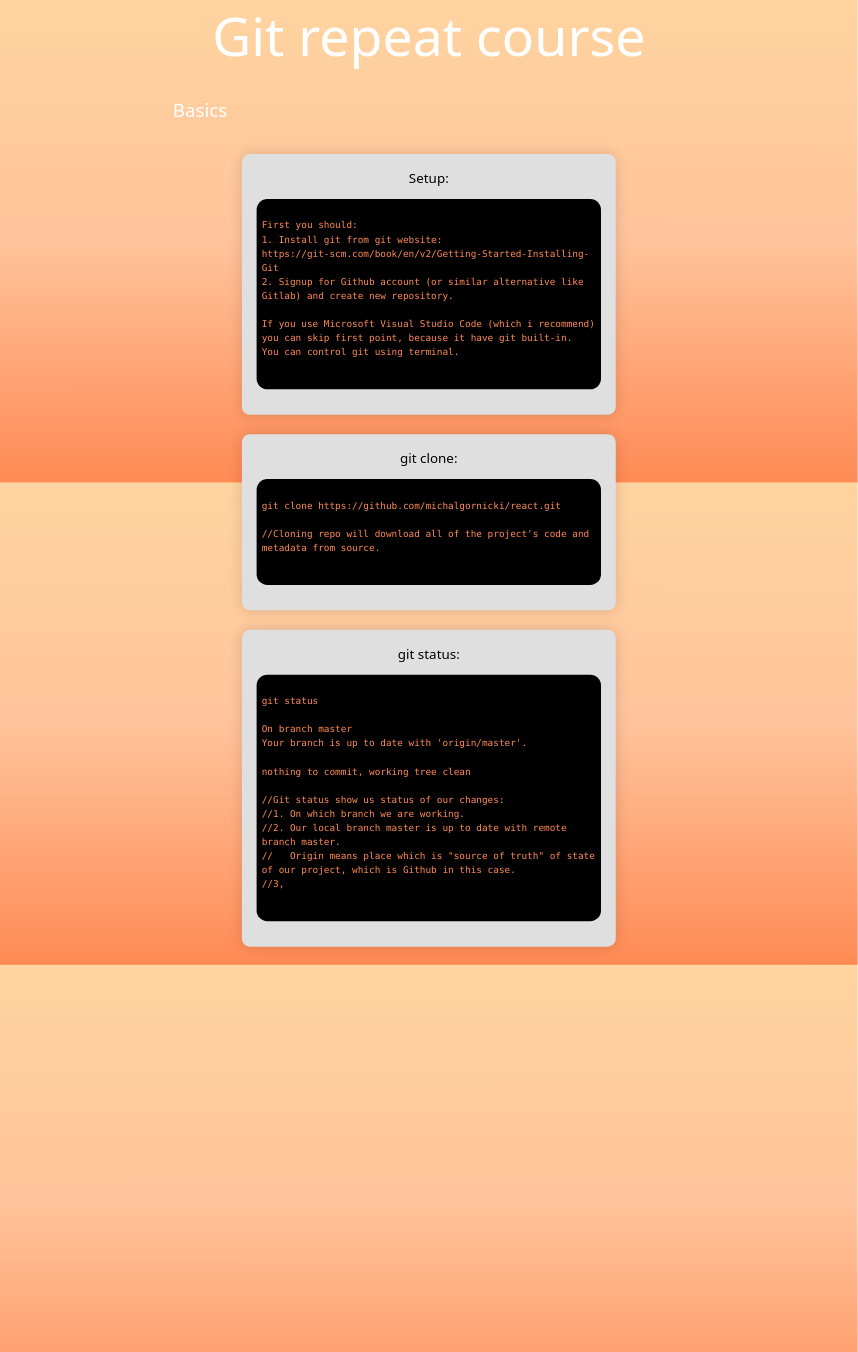
Repository: michalgornicki/git
Page: /
The author's editor kept a copy of each file at every save. The page is drawn from the files as they stood at one save, then again after a run of saves.
The browser window is 1280 px wide. The pictures show the whole page, at 67% of full size.
Backgrounds fixed to the window are drawn as part of the page. The project was rebuilt for these pictures with package versions that can differ from the ones it lists, and the page was loaded fresh each time. Imported but missing from the stored project, and not drawn on this page: src/components/DOM manipulation.jsx, src/components/async.jsx, src/components/loops.jsx, src/components/numbers.jsx, src/components/variables.jsx, src/components/window.jsx.

Above is the page before, as saved 2022-02-10 08:10:55.

After the next 4 saves:
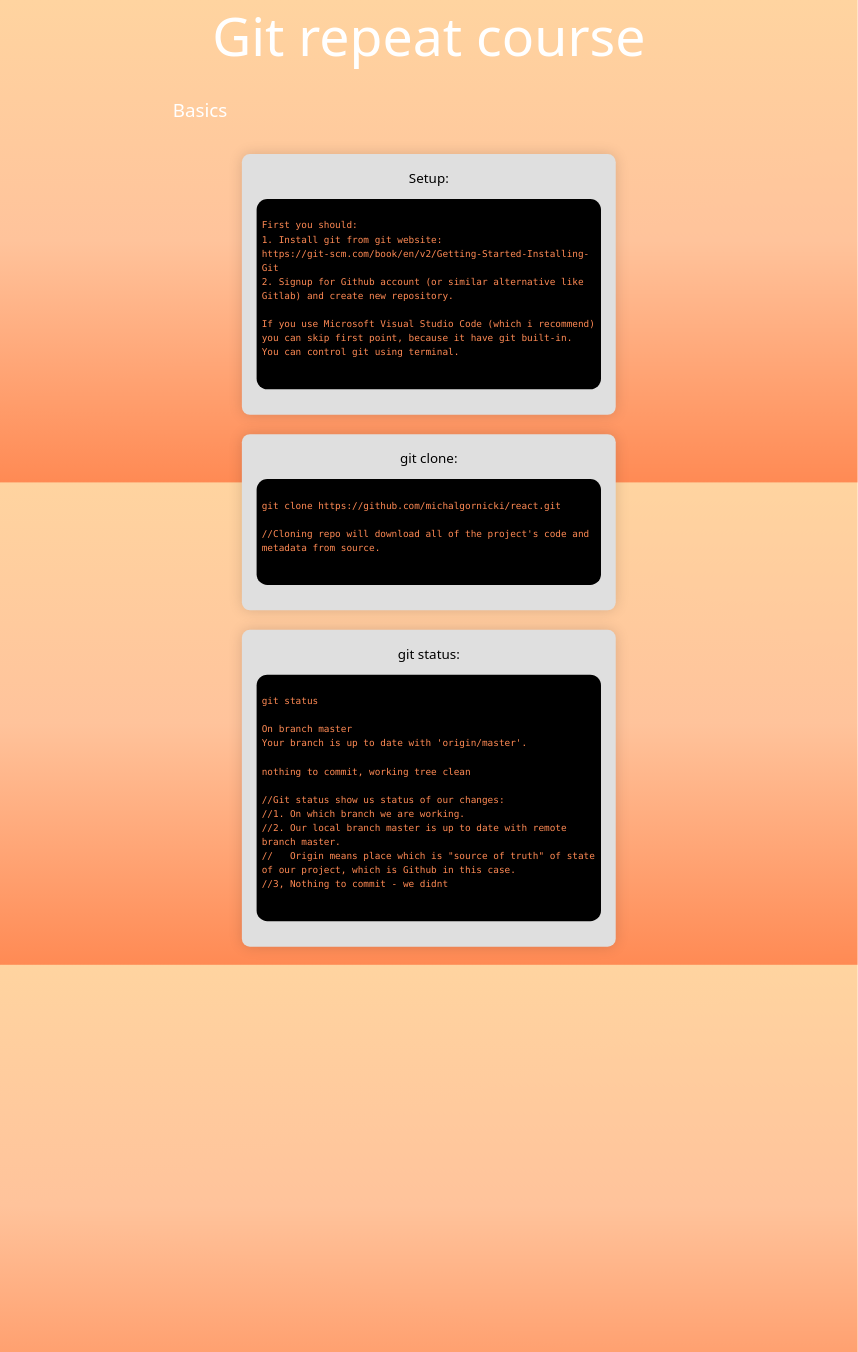
The 4 saves are shown as one change because they came seconds apart.
The last was saved 14 s later.
--- a/src/components/arrays.jsx
+++ b/src/components/arrays.jsx
@@ -45,7 +45,7 @@
 //1. On which branch we are working.
 //2. Our local branch master is up to date with remote branch master.
 //   Origin means place which is "source of truth" of state of our project, which is Github in this case.
-//3,
+//3, Nothing to commit - we didnt
           `}</pre>
           </div>
       </div>
